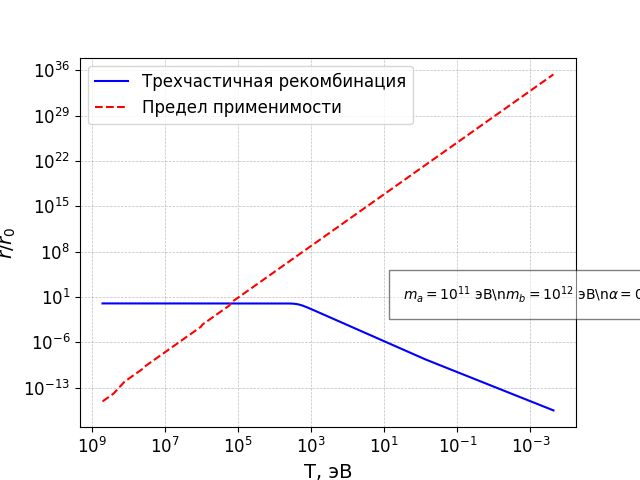
Repository: impermast/recombination
Script's output: python raschet/rec.py
An editor plug-in stored every save of this project. The script's output is shown before and after the next save, followed by the edit.
Random numbers start from a fixed seed.

Above is the script's output before, as saved 2023-05-17 15:38:09.

After the next save:
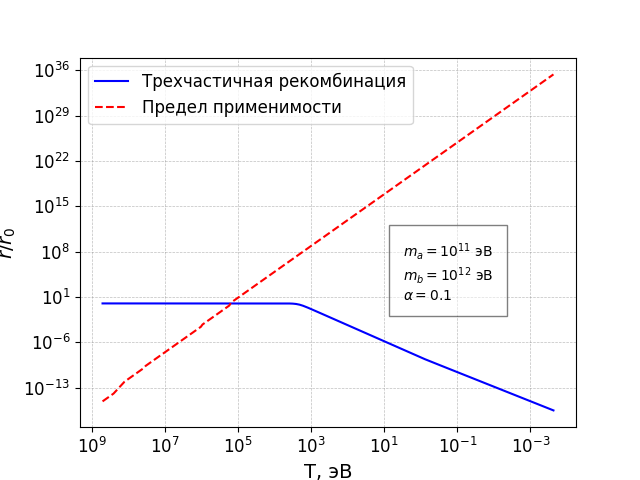
Saved 52 s later.
--- a/raschet/rec.py
+++ b/raschet/rec.py
@@ -197,8 +197,8 @@ def graph(T,rk,r3,rcl,rlim):
     # ax.plot(T,r2,'g', label ="Радиационная рекомбинация")
     ax.set_xlabel('T, эВ', fontsize=14)
     ax.text(3, 4,
-            r'$m_a = 10^{%0.0f}$ эВ\n'%(np.log10(ma))+
-            r'$m_b = 10^{%0.0f}$ эВ\n'%(np.log10(mb))+
+            r'$m_a = 10^{%0.0f}$ эВ'%(np.log10(ma))+"\n"+
+            r'$m_b = 10^{%0.0f}$ эВ'%(np.log10(mb))+"\n"+
             r'$\alpha = $'+repr(alpha),
             fontsize=10, bbox={'facecolor': 'white', 'alpha': 0.5, 'pad': 10})
     ax.set_ylabel(r'$r/r_0$', fontsize=14, fontweight='bold')
